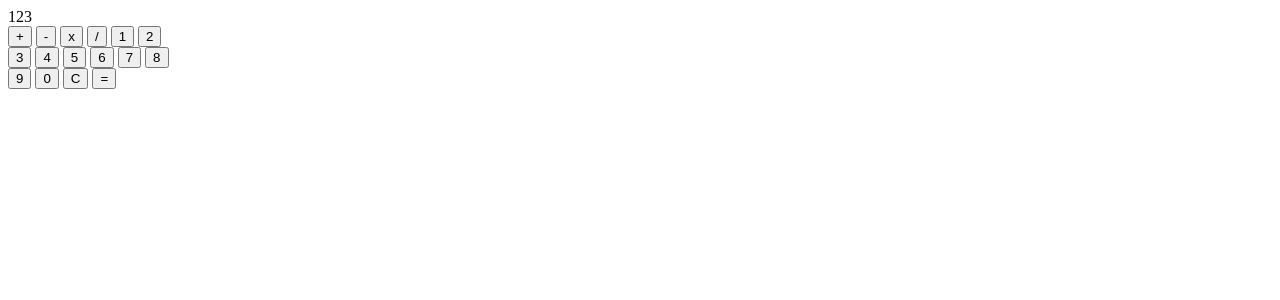
Repository: TEazy2433/LAB-calculator
Page: index.html
An editor plug-in stored every save of this project. The page is shown before and after the next save, followed by the edit.
The browser window is 1280 px wide. The pictures show the whole page.

Above is the page before, as saved 2023-10-14 09:52:33.

### index.html
<!DOCTYPE html>
<html lang="en">
<head>
  <meta charset="UTF-8">
  <meta name="viewport" content="width=device-width, initial-scale=1.0">
  <title>calculator</title>
  <link rel="stylesheet" href="main.css">


</head>
<body>
  <div class="calculator">
    <div class="display">123</div>
    <div class="calculator_keys">
      <button class="calculator_key key--operator">+</button>
      <button class="calculator_key key--operator">-</button>
      <button class="calculator_key key--operator">x</button>
      <button class="calculator_key key--operator">/</button>
      <button class="calculator_key">1</button>
      <button class="calculator_key">2</button>
      <button class="calculator_key">3</button>
      <button class="calculator_key">4</button>
      <button class="calculator_key">5</button>
      <button class="calculator_key">6</button>
      <button class="calculator_key">7</button>
      <button class="calculator_key">8</button>
      <button class="calculator_key">9</button>
      <button class="calculator_key">0</button>
      <button class="calculator_key">C</button>
      <button class="calculator_key key--enter">=</button>
    </div>
  </div>

</body>
</html>

### main.css
.calculator{
  display: flex;
  flex-wrap: wrap;
  max-width: 175px;
}
.display{

}

.calculator_keys{

}
.calculator_key{

}
.key--operator{

}
.key--enter{

}

After the next save:
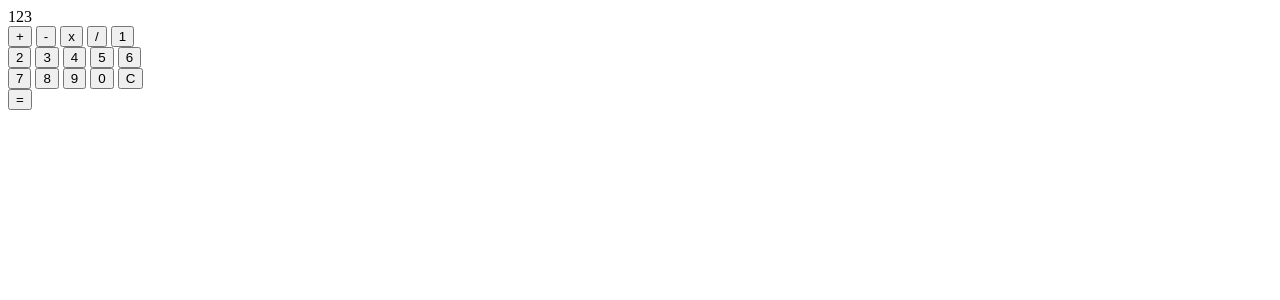
Saved 11 s later.
--- a/main.css
+++ b/main.css
@@ -1,7 +1,7 @@
 .calculator{
   display: flex;
   flex-wrap: wrap;
-  max-width: 175px;
+  max-width: 150px;
 }
 .display{
 
